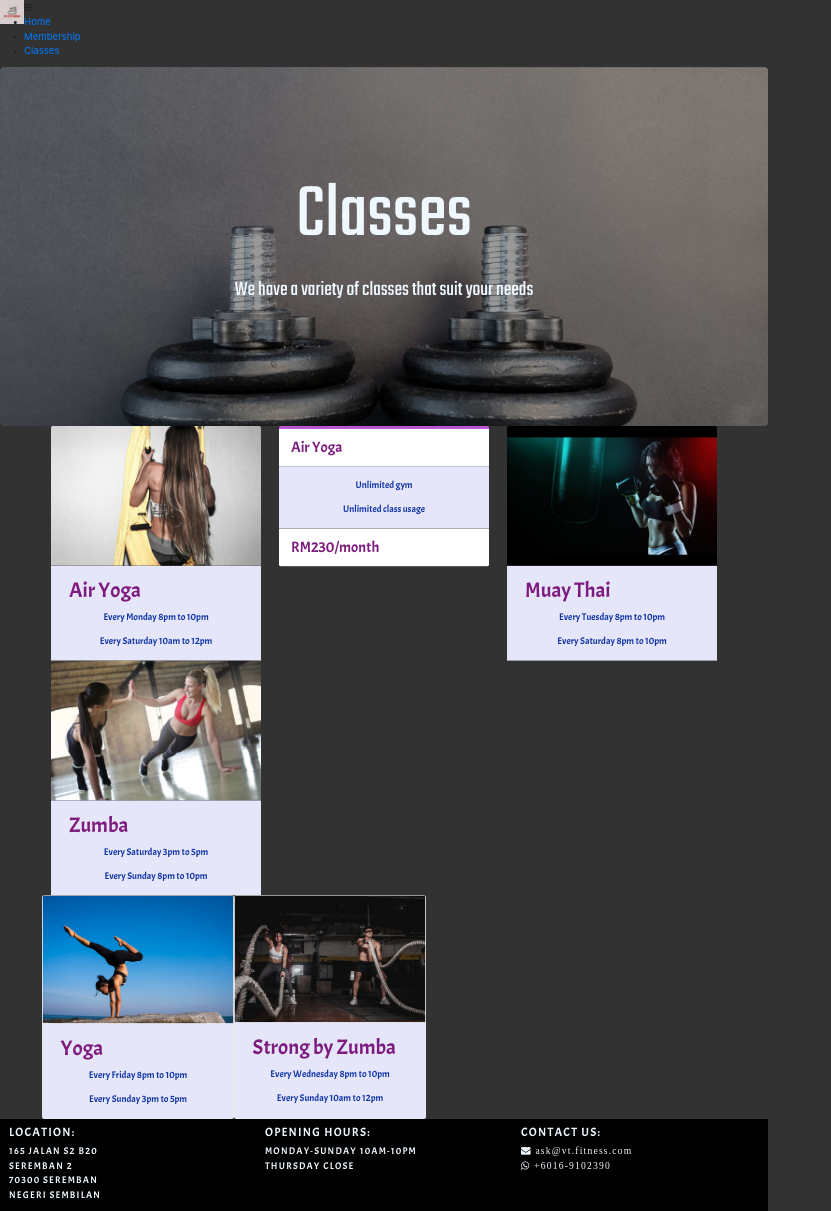
Repository: Code-Institute-Submissions/Project-One-6
Page: classes.html
The author's editor kept a record of every edit. The page is drawn from the files as they stood at one moment, then again after the next edit.
The browser window is 1280 px wide. The page is 1280 px wide, then 1385 px, so the pictures cover 1385 px, including what lies to the right of the window. The pictures show the whole page, at 60% of full size.

Above is the page before.

After the next edit:
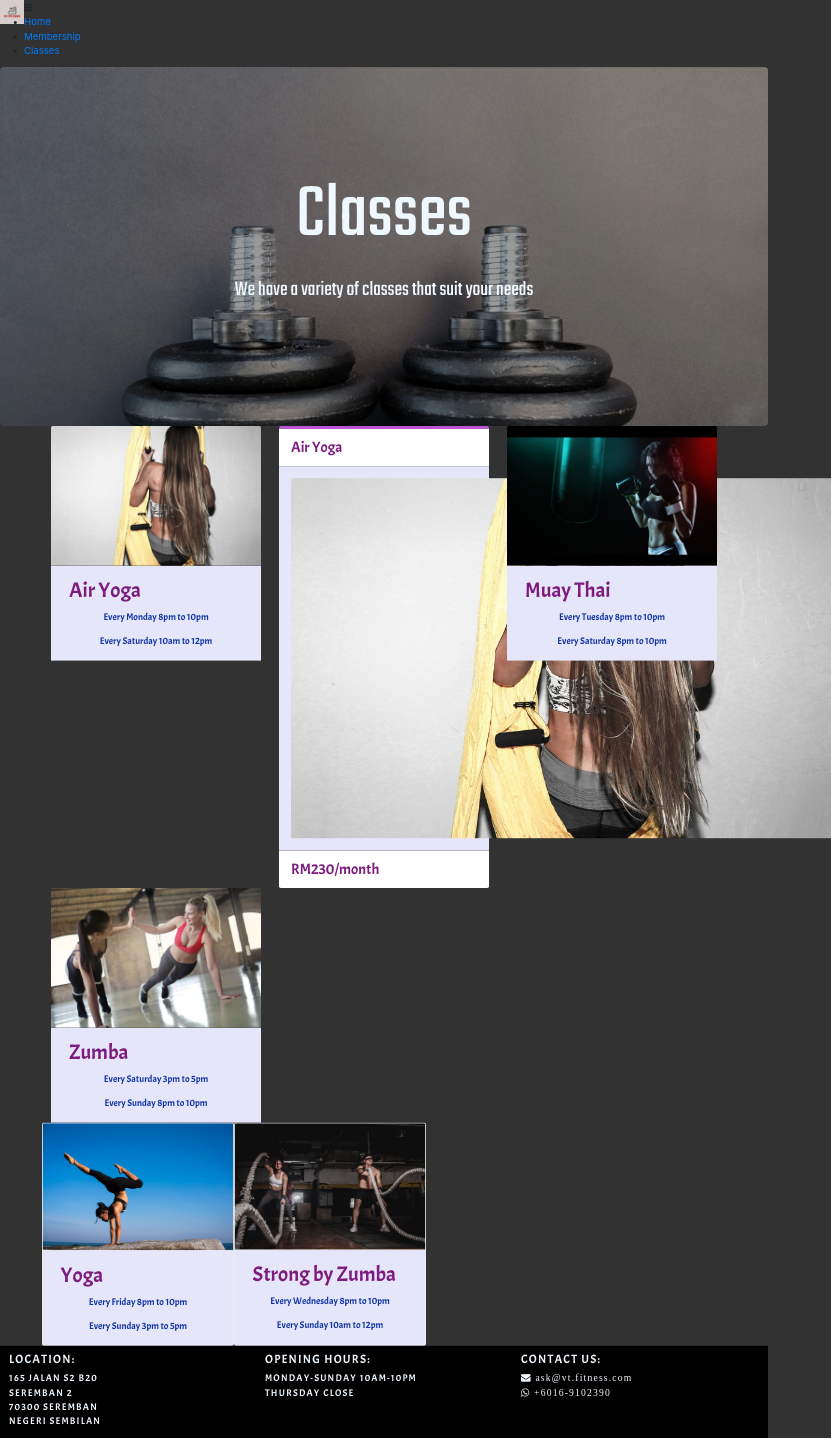
The edit:
--- a/classes.html
+++ b/classes.html
@@ -50,8 +50,7 @@
             <div class="col-sm-12 col-md-4">
                     <div class="card-header">Air Yoga</div>
                     <div class="card-body">
-                        <p class="card-text">Unlimited gym</p>
-                        <p class="card-text">Unlimited class usage</p>
+                        <img src="images/air yoga.jpg">
                     </div>
                     <div class="card-footer">RM230/month</div>
                 </div>
